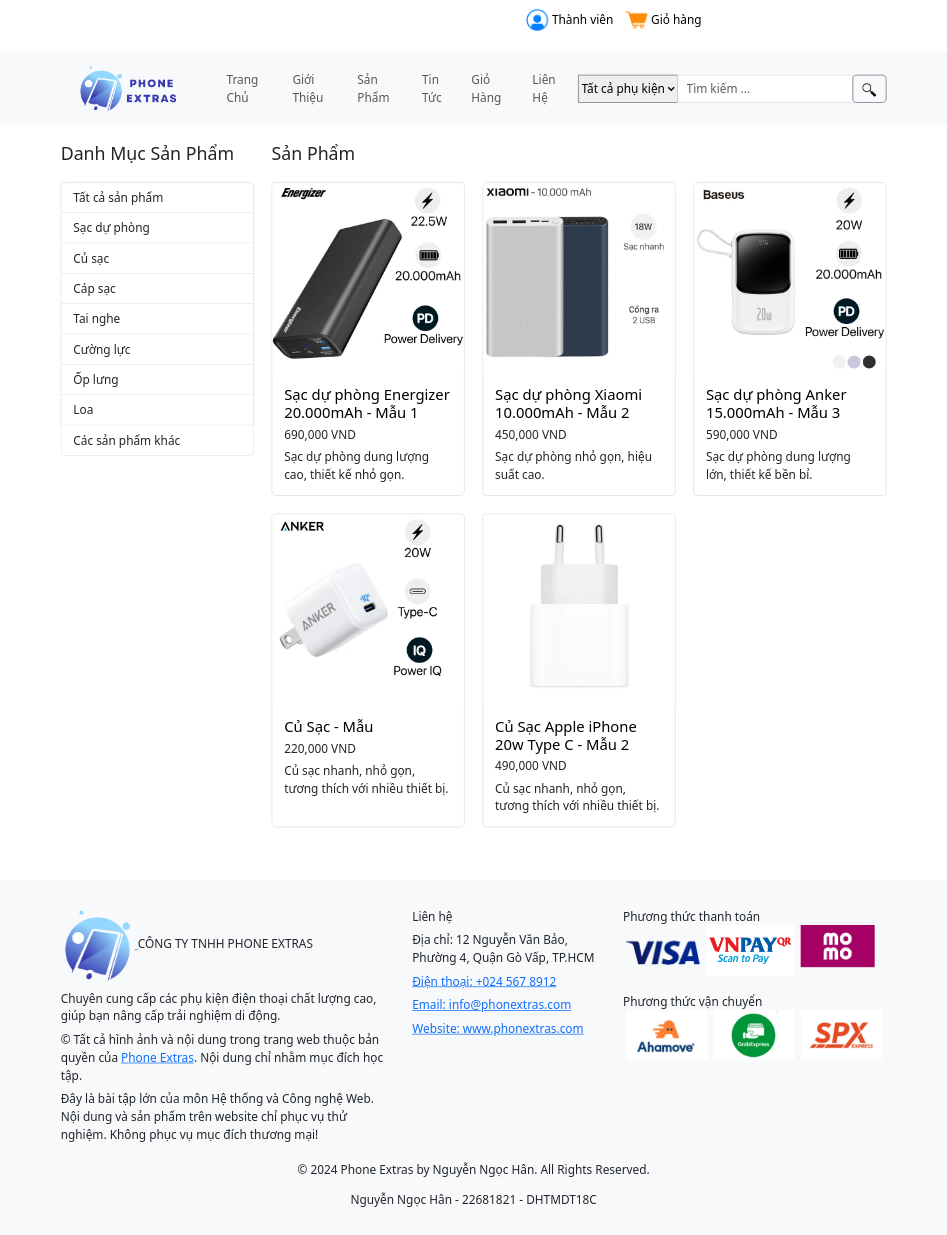
Repository: munnkawaii/BTL-PhoneExtras
Page: html/products.html
These files come from the project's save history. The page is drawn as it stood at one moment and after a run of saves; the edit follows.
The browser window is 1280 px wide. The pictures show the whole page, at 74% of full size.

Above is the page before, as saved 2024-11-16 00:30:34.

After the next 3 saves:
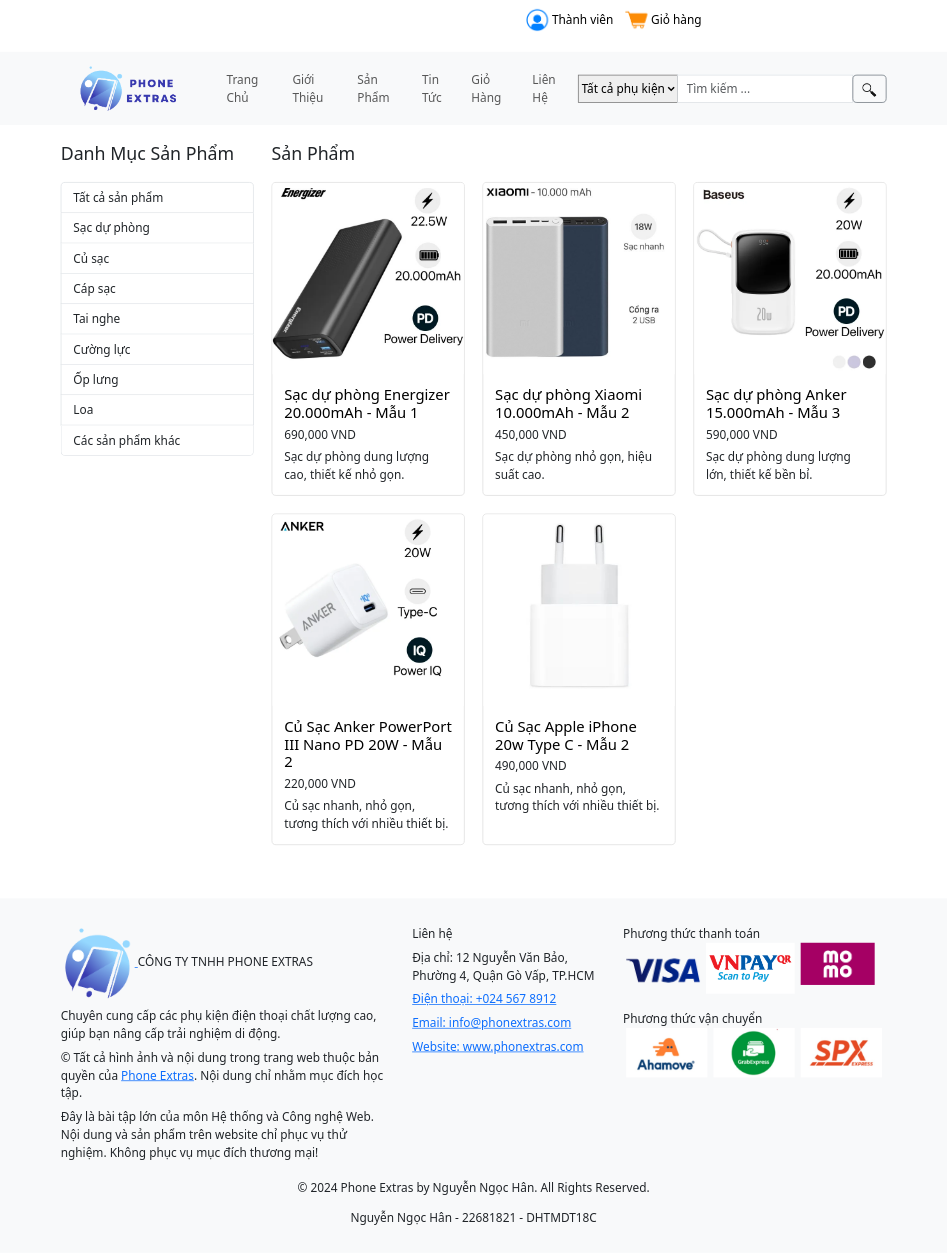
The 3 saves are shown as one change because they came seconds apart.
The last was saved 23 s later.
--- a/html/products.html
+++ b/html/products.html
@@ -220,7 +220,7 @@
                             <a href="#" data-toggle="modal" data-target="#productModal4"><img class="card-img-top" src="../img/cusac/mau1.png" alt="Product 1"></a>
                             <div class="card-body">
                                 <h5 class="card-title">
-                                    <a href="#" data-toggle="modal" data-target="#productModal4">Củ Sạc - Mẫu </a>
+                                    <a href="#" data-toggle="modal" data-target="#productModal4">Củ Sạc Anker PowerPort III Nano PD 20W - Mẫu 2</a>
                                 </h5>
                                 <h6>220,000 VND</h6>
                                 <p class="card-text">Củ sạc nhanh, nhỏ gọn, tương thích với nhiều thiết bị.</p>
